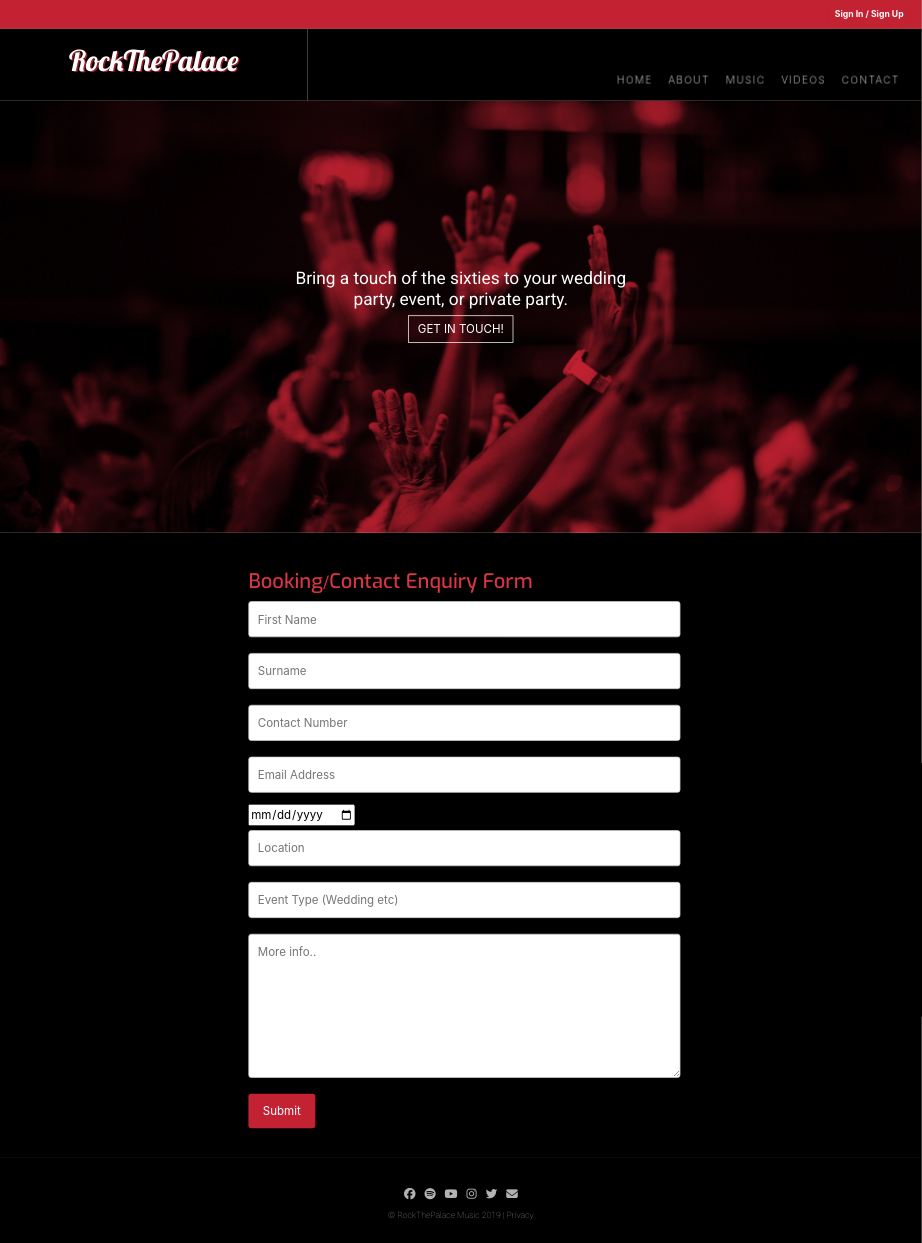
Repository: AhmedSabik/Mile-Stone-Project-Trial-2
Page: contact.html
The author's editor kept a record of every edit. The page is drawn from the files as they stood at one moment, then again after the next edit.
The browser window is 1280 px wide. The pictures show the whole page, at 72% of full size.
Backgrounds fixed to the window are drawn as part of the page. Some web libraries are served in a nearby version.

Above is the page before.

After the next edit:
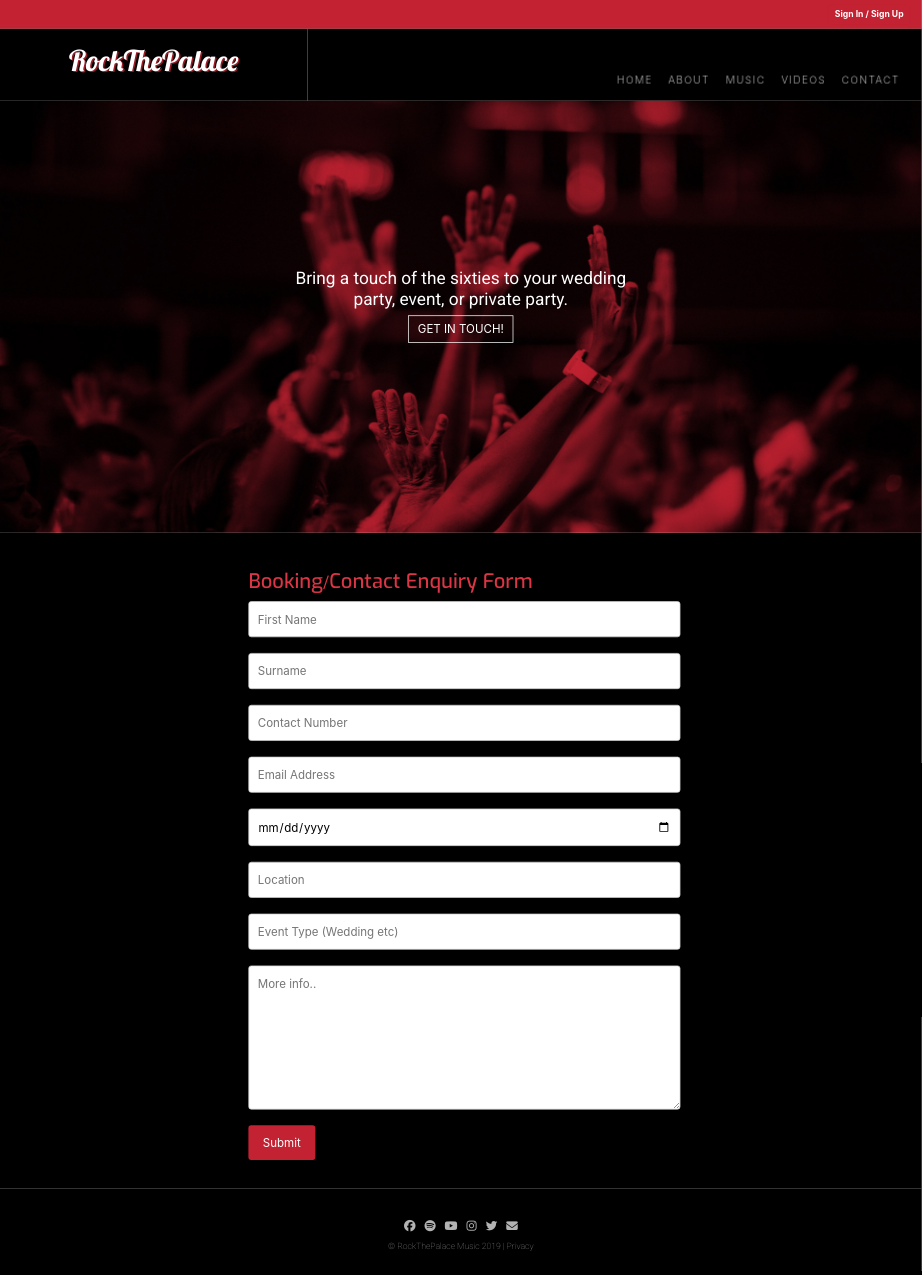
The edit:
--- a/css/style.css
+++ b/css/style.css
@@ -677,6 +677,16 @@
   resize: vertical
 }
 
+input[type=date], select, textarea {
+  width: 100%;
+  padding: 12px;
+  border: 1px solid #ccc;
+  border-radius: 4px;
+  box-sizing: border-box;
+  margin-top: 6px;
+  margin-bottom: 16px;
+  resize: vertical
+}
 
 input[type=submit] {
   background-color: #c32232;
